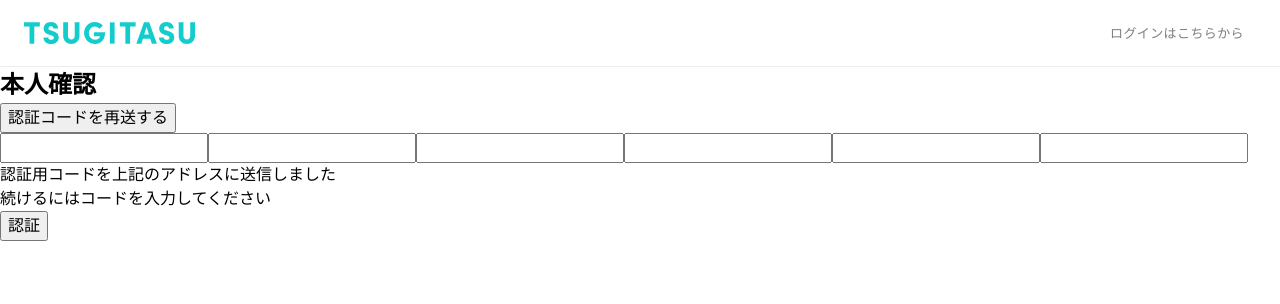
Repository: tsugitasu-japan/tsugitasu
Page: /auth
The author's editor kept a copy of each file at every save. The page is drawn from the files as they stood at one save, then again after the next save.
The browser window is 1280 px wide. The pictures show the whole page.
The project was rebuilt for these pictures with package versions that can differ from the ones it lists, and the page was loaded fresh each time. Also part of the build but not shown: src/views/Index.vue, src/views/SignUp.vue, src/views/Login.vue, src/views/Dashboard.vue, src/views/Profile.vue, src/components/LamdaTest.vue.

Above is the page before, as saved 2022-06-30 12:56:31.

### src/App.vue
<template>
<div>
  <router-view></router-view>
</div>
</template>

<script>

</script>

<style>

/*リセットCSS--------------------------------*/
*,
*::before,
*::after {
  box-sizing: border-box;
}
body,
h1,
h2,
h3,
h4,
p,
figure,
blockquote,
dl,
dd {
  margin: 0;
}
ul[role="list"],
ol[role="list"] {
  list-style: none;
}
html:focus-within {
  scroll-behavior: smooth;
}
body {
  min-height: 100vh;
  text-rendering: optimizeSpeed;
  line-height: 1.5;
}
a:not([class]) {
  text-decoration-skip-ink: auto;
}
img,
picture {
  max-width: 100%;
  display: block;
}
input,
button,
textarea,
select {
  font: inherit;
}
@media (prefers-reduced-motion: reduce) {
  html:focus-within {
    scroll-behavior: auto;
  }
  *,
  *::before,
  *::after {
    animation-duration: 0.01ms !important;
    animation-iteration-count: 1 !important;
    transition-duration: 0.01ms !important;
    scroll-behavior: auto !important;
  }
}
/*リセットcss終了---------------------------------*/

</style>

### src/components/Header.vue
<template>
  <header>
    <div class="header__left">
      <router-link class="link_style" to="/"><img src="../assets/logo.svg"></router-link>
    </div>
    <div class="header__right">
      <!-- 検索ボックス -->
      <div class="search__area">
        <input
        class="search__input"
        type="text"
        placeholder="キーワードで検索"
        v-model="SeachKeywords"
        >
        <button
          class="search__button"
          @click="GetArticle"
          >
          <img src="../assets/Icon-search.svg">
        </button>
      </div>
      <div class="link_login_button"><router-link class="link_login" to="/login"><div class="link_login_text">ログイン</div></router-link></div>
      <div class="link_signup_button"><router-link class="link_signup" to="/signup"><div class="link_signup_text">会員登録</div></router-link></div>
    </div>

  </header>

</template>

<script>
export default{
  data() {
    return{
    SeachKeywords:'',
    }
  },
  methods:{

  }
}
</script>

<style scoped lang="scss">
@import url('https://fonts.googleapis.com/css2?family=Noto+Sans+JP:wght@300;400;500;700&display=swap');

// @import url("yakuhanjp/dist/scss/yakuhanjp_s");
$main-color:#13CCCE;
$main-hover:#26ABAD;
$black:#2B2B2B;
// $main-font-family:'メイリオ', 'Meiryo','Hiragino Kaku Gothic ProN','ヒラギノ角ゴ ProN W3',sans-serif;
$main-font-family:'Noto Sans JP', sans-serif;
header{
  display: flex;
  align-items: center;
  justify-content: space-between;
  padding: 0px 24px 0px 24px;
  height: 68px;
  .header__left{
    padding: 15px 0 15px 0px;
  }
  .header__right{
    display: flex;
    align-items: center;
    justify-content: center;
    .search__area{
        border: solid 1px #E6E6E6;
        border-radius: 4px;
        width:255px;
        display: flex;
        justify-content: space-between;
        padding:2px;
        transition: 0.1s ease;
        &:hover{
          border: solid 1px #999999;
        }
        &:focus-within{
          border: solid 1px #999999;
        }
      .search__input{
        font-family: $main-font-family;
        font-size: 13px;
        font-weight: 400;
        color: $black;
        width:215px;
        height: 35px;
        border: none;
        letter-spacing: 0.2px;
        padding-left:10px;
        vertical-align:top;
        line-height: 1.5;

          &::placeholder{
          font-family: $main-font-family;
          color: #bcbcbc;
          font-weight: 300;
          }

          &:focus{
            background: transparent;
            outline: transparent;
          }
      }
      .search__button{
        background-color: transparent;
        border:none;
        width:35px;
        height:35px;
          img{
            margin:0 auto;
        }
      }
    }
    // ログイン・サインアップリンク
    .link_login_button{
      margin:0px 12px;
     .link_login{
       text-decoration: none;
       display:block;
       .link_login_text{
         font-family: $main-font-family;
         font-size: 13px;
         font-weight: 700;
         letter-spacing: 0.4px;
         color: #7F7F7F;
         padding: 9px 16px;
         transition: 0.1s ease;
        &:hover{
          color:$black;
        }
       }
     }
    }
    .link_signup_button{
     .link_signup{
       text-decoration: none;
       display:block;
       border-radius: 5px;
       background-color: $main-color;
       transition: 0.1s ease;
      &:hover{
        background-color:$main-hover;
      }
       .link_signup_text{
         font-family: $main-font-family;
         font-size: 13px;
         font-weight: 700;
         letter-spacing: 0.4px;
         color: #FFFFFF;
         padding: 10px 18px;
        display: flex;
        align-items: center;
        justify-content: center;
       }
     }
    }
  }
}

</style>

### src/components/HeaderLogin.vue
<template>
  <header>
    <div class="header__left">
      <router-link class="link_style" to="/dashboard"><img src="../assets/logo.svg"></router-link>
    </div>

    <div class="header__right">
      <div class="main_button">
        <router-link class="link_main_button" to="/">
          <div class="main_button_text">教材・授業検索へ</div>
        </router-link>
      </div>
      <!-- 検索ボックス -->
      <div class="search__area">
        <input class="search__input" type="text" placeholder="キーワードで検索" v-model="SeachKeywords">
        <button class="search__button" @click="GetArticle">
          <img src="../assets/Icon-search.svg">
        </button>
      </div>
      <!-- プロフィールメニュー -->
      <div class="profile_menu_contnair" :class="{bg_white:isShowMenu}">
        <div class="plofile_allshow" @click="isOpenMenu">
          <div class="profile_menu_left">
            <!-- <div class="test"></div> -->
            <div class="user_name">{{ CutUserName }}</div>
          </div>
          <div class="profile_menu_right">
            <img src="../assets/drop_triangle.svg" :class="{relote90:!isShowMenu}">
          </div>
        </div>
        <div class="profile_changeshow" v-if="isShowMenu">
          <routerLink to="/profile" class="prfile_menu_p prfile_menu_link_style menu_margin">マイプロフィール</routerLink>
          <routerLink to="/" class="prfile_menu_p prfile_menu_link_style">ログアウト</routerLink>
        </div>
      </div>
    </div>

  </header>

</template>

<script>
import axios from 'axios'

export default {
  data() {
    return {
      SeachKeywords: '',
      UserName: '小島聡太テスト',
      isShowMenu:false,
      CutUserName:'',
    }
  },
  // DOMのCreated時にユーザー情報を取得
  created() {
    axios.get(
      "/users",
    )
      .then(response => {
        console.log(response);
      });
    this.CutName();
  },
  methods: {
    isOpenMenu(){
      this.isShowMenu = !this.isShowMenu;
    },
    CutName(){
      if(this.UserName.length > 7){
        this.CutUserName =  this.UserName.substr(0,7) + '...';
      }
      else{
        this.CutUserName = this.UserName;
      }
    }
  }
}
</script>

<style scoped lang="scss">
@import url('https://fonts.googleapis.com/css2?family=Noto+Sans+JP:wght@300;400;500;700&display=swap');

// @import url("yakuhanjp/dist/scss/yakuhanjp_s");
$main-color: #13CCCE;
$main-hover: #26ABAD;
$black: #2B2B2B;
// $main-font-family:'メイリオ', 'Meiryo','Hiragino Kaku Gothic ProN','ヒラギノ角ゴ ProN W3',sans-serif;
$main-font-family: 'Noto Sans JP', sans-serif;

header {
  position:relative;
  display: flex;
  align-items: center;
  justify-content: space-between;
  padding: 0 210px 0 24px;
  height: 69px;
  border-bottom: 1px solid #ECECEC;
  .header__left{
        padding: 15px 0 15px 0px;
  }
  .header__right {
    display: flex;
    align-items: center;
    justify-content: center;

    .search__area {
      border: solid 1px #E6E6E6;
      border-radius: 4px;
      width: 255px;
      display: flex;
      justify-content: space-between;
      padding: 2px;
      transition: 0.1s ease;

      &:hover {
        border: solid 1px #999999;
      }

      &:focus-within {
        border: solid 1px #999999;
      }

      .search__input {
        font-family: $main-font-family;
        font-size: 13px;
        font-weight: 400;
        color: $black;
        width: 215px;
        height: 35px;
        border: none;
        letter-spacing: 0.2px;
        padding-left: 10px;
        vertical-align: top;
        line-height: 1.5;

        &::placeholder {
          font-family: $main-font-family;
          color: #bcbcbc;
          font-weight: 300;
        }

        &:focus {
          background: transparent;
          outline: transparent;
        }
      }

      .search__button {
        background-color: transparent;
        border: none;
        width: 35px;
        height: 35px;

        img {
          margin: 0 auto;
        }
      }
    }

    .main_button {
      margin-right: 16px;

      .link_main_button {
        text-decoration: none;
        display: block;
        border-radius: 5px;
        background-color: $main-color;
        transition: 0.2s ease;

        &:hover {
          background-color: $main-hover;
        }

        .main_button_text {
          font-family: $main-font-family;
          font-size: 12px;
          font-weight: 700;
          letter-spacing: 0.4px;
          color: #FFFFFF;
          padding: 11px 20px;
          display: flex;
          align-items: center;
          justify-content: center;
        }
      }
    }

    // プロフィールメニュー
    .profile_menu_contnair {
      position: absolute;
      top: 13px;
      right: 24px;
      width: 170px;
      background-color: #EBF1F1;
      border-radius: 4px;
      padding: 9px 12px 9px 14px;
      transition: .2s;
      &.bg_white{
        background-color: #FFFFFF;
        box-shadow: 0px 3px 20px rgba(75,75,75,0.16);
      }

      .plofile_allshow {
        display: flex;
        justify-content: space-between;
        align-items: center;
        cursor: pointer;
        padding: 1px 0;
        .profile_menu_right{
          img{
            transition: .2s;
            &.relote90{
            transform: rotate(-90deg);
          }
          }
        }
        .profile_menu_left {
          display: flex;
          align-items: center;


          .user_name {
            letter-spacing: 0.5px;
            color: #525252;
            font-family: $main-font-family;
            font-weight: 400;
            font-size: 14.5px;
          }
        }
      }
      .profile_changeshow{
        display: flex;
        flex-direction: column;
        padding-top: 14px;
        padding-bottom: 5px;
        display: inline-block;
        .prfile_menu_p{
            letter-spacing: 0.4px;
            color: #8a8a8a;
            font-family: $main-font-family;
            font-weight: 400;
            font-size: 14px;
            transition: .15s;
            display: block;

            &:hover{
              color:$main-hover;
            }
        }
        .prfile_menu_link_style{
          text-decoration: none;
          display: inline-block;
        }
        .menu_margin{
          margin-bottom: 14px;
        }
      }
    }
  }
}
</style>

### src/views/CreateClass.vue
<template>
  <header class="create_header header_position">
    <router-link to="/dashboard" class="back_link_style">やめる</router-link>
    <div class="button_contnair">
      <svg class="help_icon" xmlns="http://www.w3.org/2000/svg" width="24" height="24" viewBox="0 0 24 24">
        <g transform="translate(-993 -18.35)">
          <path class="help_icon_fill"
            d="M6.291,0A4.932,4.932,0,0,0,1.91,2.317a.612.612,0,0,0,.132.837l1.1.833a.611.611,0,0,0,.847-.106A2.47,2.47,0,0,1,6.093,2.622c.783,0,1.752.5,1.752,1.263,0,.574-.474.869-1.247,1.3C5.7,5.694,4.5,6.323,4.5,7.9v.249a.611.611,0,0,0,.611.611H6.958a.611.611,0,0,0,.611-.611V8c0-1.091,3.189-1.137,3.189-4.089C10.758,1.687,8.452,0,6.291,0ZM6.036,9.507A1.763,1.763,0,1,0,7.8,11.271,1.765,1.765,0,0,0,6.036,9.507Z"
            transform="translate(998.896 23.658)" fill="#cecece" />
          <circle class="help_icon_stroke" cx="11" cy="11" r="11" transform="translate(994 19.35)" fill="none"
            stroke="#cecece" stroke-width="2" />
        </g>
      </svg>
    </div>
  </header>
  <CreateClassContent></CreateClassContent>
</template>

<script>
  import CreateClassContent from '../components/CreateClassContent.vue'

  export default{
    components:{
      CreateClassContent
    }
  }
</script>

<style scoped lang="scss">
@import url('https://fonts.googleapis.com/css2?family=Noto+Sans+JP:wght@300;400;500;700&display=swap');

// @import url("yakuhanjp/dist/scss/yakuhanjp_s");
$main-color: #13CCCE;
$main-hover: #26ABAD;
$black: #2B2B2B;
$off-color: #999999;
// $main-font-family:'メイリオ', 'Meiryo','Hiragino Kaku Gothic ProN','ヒラギノ角ゴ ProN W3',sans-serif;
$main-font-family: 'Noto Sans JP', sans-serif;

.create_header {
  height: 60px;
  padding: 0px 24px 0px 24px;
  display: flex;
  justify-content: space-between;
  align-items: center;
  background-color: #FFFFFF;
  border-bottom: 1px solid #ECECEC;
  .button_contnair {
    width: 30px;
    height: 30px;
    position: relative;

    &:hover .help_icon_fill {
      fill: #8c8c8c;
    }

    &:hover .help_icon_stroke {
      stroke: #8c8c8c;
    }

    .help_icon {
      position: absolute;
      top: 0;
      left: 0;
      right: 0;
      bottom: 0;
      margin: auto;

      .help_icon_fill {
        transition: .1s;
      }

      .help_icon_stroke {
        transition: .1s;
      }
    }
  }

  .back_link_style {
    text-decoration: none;
    font-family: $main-font-family;
    font-size: 13.5px;
    font-weight: 700;
    color: $off-color;
    letter-spacing: 0.2px;
    transition: .2s ease;

    &:hover {
      color: $black;
    }
  }
}
</style>

### src/views/CreateAuth.vue
<template>
  <SignUpHeader></SignUpHeader>
  <CreateAuthContent></CreateAuthContent>
</template>

<script>
  import SignUpHeader from '../components/SignUpHeader.vue'
  import CreateAuthContent from '../components/CreateAuthContent.vue'

  export default{
    components:{
      SignUpHeader,
      CreateAuthContent
    }
  }
</script>

### src/components/SignUpHeader.vue
<template>
  <header>
    <div class="signup__header__left">
      <router-link class="link_style" to="/"><img src="../assets/logo.svg"></router-link>
    </div>
    <div class="signup__header__right">
      <div class="link_login_button"><router-link class="link_login" to="/login"><div class="link_login_text">ログインはこちらから</div></router-link></div>
    </div>

  </header>

</template>

<style  scoped lang="scss">
@import url('https://fonts.googleapis.com/css2?family=Noto+Sans+JP:wght@300;400;500;700&display=swap');

// @import url("yakuhanjp/dist/scss/yakuhanjp_s");
$main-color:#13CCCE;
$main-hover:#26ABAD;
$black:#2B2B2B;
// $main-font-family:'メイリオ', 'Meiryo','Hiragino Kaku Gothic ProN','ヒラギノ角ゴ ProN W3',sans-serif;
$main-font-family:'Noto Sans JP', sans-serif;

header{
  display: flex;
  align-items: center;
  justify-content: space-between;
  padding: 14px 24px 14px 24px;
  border-bottom:1px solid #ECECEC ;

  // .header__left{

  // }
  .signup__header__right{
    // ログイン
    .link_login_button{
      margin:0px 12px;
     .link_login{
       text-decoration: none;
       display:block;
       .link_login_text{
         font-family: $main-font-family;
         font-size: 13px;
         font-weight: 500;
         letter-spacing: 0.4px;
         color: #7F7F7F;
         padding: 9px 0px;
         transition: 0.1s ease;
        &:hover{
          color:$black;
        }
       }
     }
    }
  }
}

</style>

### src/components/LogInHeader.vue
<template>
  <header>
    <div class="signup__header__left">
      <router-link class="link_style" to="/"><img src="../assets/logo.svg"></router-link>
    </div>
    <div class="signup__header__right">
      <div class="link_login_button"><router-link class="link_login" to="/signup"><div class="link_login_text">会員登録はこちらから</div></router-link></div>
    </div>

  </header>

</template>

<style  scoped lang="scss">
@import url('https://fonts.googleapis.com/css2?family=Noto+Sans+JP:wght@300;400;500;700&display=swap');

// @import url("yakuhanjp/dist/scss/yakuhanjp_s");
$main-color:#13CCCE;
$main-hover:#26ABAD;
$black:#2B2B2B;
// $main-font-family:'メイリオ', 'Meiryo','Hiragino Kaku Gothic ProN','ヒラギノ角ゴ ProN W3',sans-serif;
$main-font-family:'Noto Sans JP', sans-serif;

header{
  display: flex;
  align-items: center;
  justify-content: space-between;
  padding: 14px 24px 14px 24px;
  border-bottom:1px solid #ECECEC ;

  // .header__left{

  // }
  .signup__header__right{
    // ログイン
    .link_login_button{
      margin:0px 12px;
     .link_login{
       text-decoration: none;
       display:block;
       .link_login_text{
         font-family: $main-font-family;
         font-size: 13px;
         font-weight: 500;
         letter-spacing: 0.4px;
         color: #7F7F7F;
         padding: 9px 0px;
         transition: 0.1s ease;
        &:hover{
          color:$black;
        }
       }
     }
    }
  }
}

</style>

### src/components/MyProfile.vue
<template>
  <div class="profile_layout">
    <div class="self_introduce_contnair">
      <div class="self_introduce_contnair_left">
        <div class="img_area">
          <!-- 本当はユーザーのアイコンを設置 -->
          <div class="test_circle"></div>
        </div>
        <div class="text_area">
          <p class="profile_username_style username_padding">{{ username }}</p>
          <p class="profile_selfintro_style profile_selfintro_contnair">{{ selfIntroduction }}</p>
          <div class="follow_info_area">
            <router-link to="/profile/following" class="follow_info_style follow_info_margin_r"><span class="follow_num_style">{{ followNum }}</span> フォロー</router-link>
            <router-link to="/profile/followers" class="follow_info_style"><span class="follow_num_style">{{ followerNum }}</span> フォロワー</router-link>
          </div>
       </div>
      </div>
      <div class="button_area">
        <div class="edit_button">
          <router-link class="link_edit_button" to="/profile/edit">
            <div class="edit_button_text">設定</div>
          </router-link>
        </div>
      </div>
    </div>
  </div>
</template>

<script>
export default {
  data() {
    return {
      username: '小島聡太テスト',
      selfIntroduction: '愛知県名古屋市で数学教員をしています。 数学の問題と解答をブラッシュアップの目的も兼ねて、時々投稿しています。 愛知県名古屋市で数学教員をしています。 数学の問題と解答をブラッシュアップの目的も兼ねて、時々投稿しています。',
      followNum: '3',
      followerNum: '3',
    }
  }
}

</script>

<style scoped lang="scss">
@import url('https://fonts.googleapis.com/css2?family=Noto+Sans+JP:wght@300;400;500;700&display=swap');

// @import url("yakuhanjp/dist/scss/yakuhanjp_s");
$main-color: #13CCCE;
$main-hover: #26ABAD;
$black: #2B2B2B;
// $main-font-family:'メイリオ', 'Meiryo','Hiragino Kaku Gothic ProN','ヒラギノ角ゴ ProN W3',sans-serif;
$main-font-family: 'Noto Sans JP', sans-serif;

.profile_layout {
  margin-top: 65px;
  display: flex;
  justify-content: center;

  .self_introduce_contnair {
    width: 730px;
    display: flex;
    justify-content: space-between;
    padding-bottom: 42px;
    border-bottom: 1px solid #E6E6E6;
    .self_introduce_contnair_left{
      display: flex;
    .img_area {
      margin-right: 32px;
      .test_circle {
        width: 104px;
        height: 104px;
        border-radius: 57px;
        background-color: #2B2B2B;
      }
    }

    .text_area {
      .profile_username_style {
        font-family: $main-font-family;
        font-size: 22px;
        font-weight: 700;
        letter-spacing: 0.8px;
        color: $black;
      }

      .username_padding {
        padding-bottom: 10px;
      }

      .profile_selfintro_style {
        font-family: $main-font-family;
        font-size: 14px;
        font-weight: 400;
        letter-spacing: 0.4px;
        line-height: 1.94;
        color: $black;
      }

      .profile_selfintro_contnair {
        max-width: 500px;
      }

      .follow_info_area {
        display: flex;
        padding-top: 11px;

        .follow_info_style {
          font-family: $main-font-family;
          font-size: 14px;
          font-weight: 400;
          letter-spacing: 0.4px;
          color: #7F7F7F;
          text-decoration: none;
          .follow_num_style{
          font-family: $main-font-family;
          font-size: 15px;
          font-weight: 700;
          color: $black;
          }
        }
        .follow_info_margin_r{
          margin-right: 12px;
        }
      }
    }

    }
    .button_area {
      .edit_button {
        .link_edit_button {
          text-decoration: none;
          display: block;
          border-radius: 3px;
          background-color: #FFFFFF;
          border: 1px solid #D8D8D8;
          transition: 0.2s ease;

          &:hover {
            border: 1px solid #404040;
          }

          .edit_button_text {
            font-family: $main-font-family;
            font-size: 12.5px;
            font-weight: 700;
            letter-spacing: 0.4px;
            color: #404040;
            padding: 9px 26px;
            display: flex;
            align-items: center;
            justify-content: center;
          }
        }
      }
    }
  }
}
</style>

### src/components/CreateAuthContent.vue
<template>
  <section>
    <div>
      <h1>本人確認</h1>
      <p class="">{{email}}</p>
      <button>認証コードを再送する</button>
    </div>
    <div>
      <input>
      <input>
      <input>
      <input>
      <input>
      <input>
    </div>
    <p v-show="authError">認証コードが正しくありません</p>
    <div>
      <p>認証用コードを上記のアドレスに送信しました<br>続けるにはコードを入力してください</p>
      <button>認証</button>
    </div>
  </section>
</template>

<script>

export default{
  data(){
    return{
      email:'',
      authError: false
    }
  }
}
</script>

Loaded but not shown: public/index.html (common file); src/store/index.js (57 lines, source omitted); src/router.js (25 lines, source omitted); src/main.js (17 lines, source omitted); src/components/CreateClassContent.vue (979 lines, source omitted); src/components/DashboardSidebar.vue (249 lines, source omitted); src/components/SignUpContents.vue (426 lines, source omitted); src/components/DashboardClass.vue (342 lines, source omitted); src/components/LogInContents.vue (268 lines, source omitted)

After the next save:
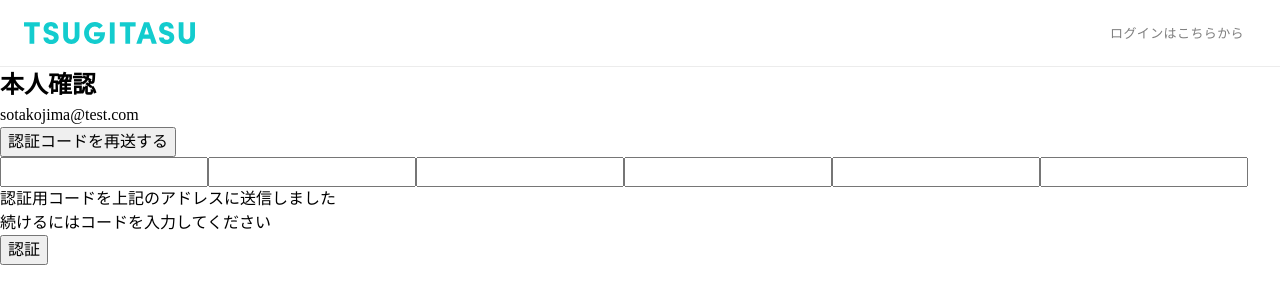
Saved 42 s later.
--- a/src/components/CreateAuthContent.vue
+++ b/src/components/CreateAuthContent.vue
@@ -26,7 +26,7 @@
 export default{
   data(){
     return{
-      email:'',
+      email:'sotakojima@test.com',
       authError: false
     }
   }
